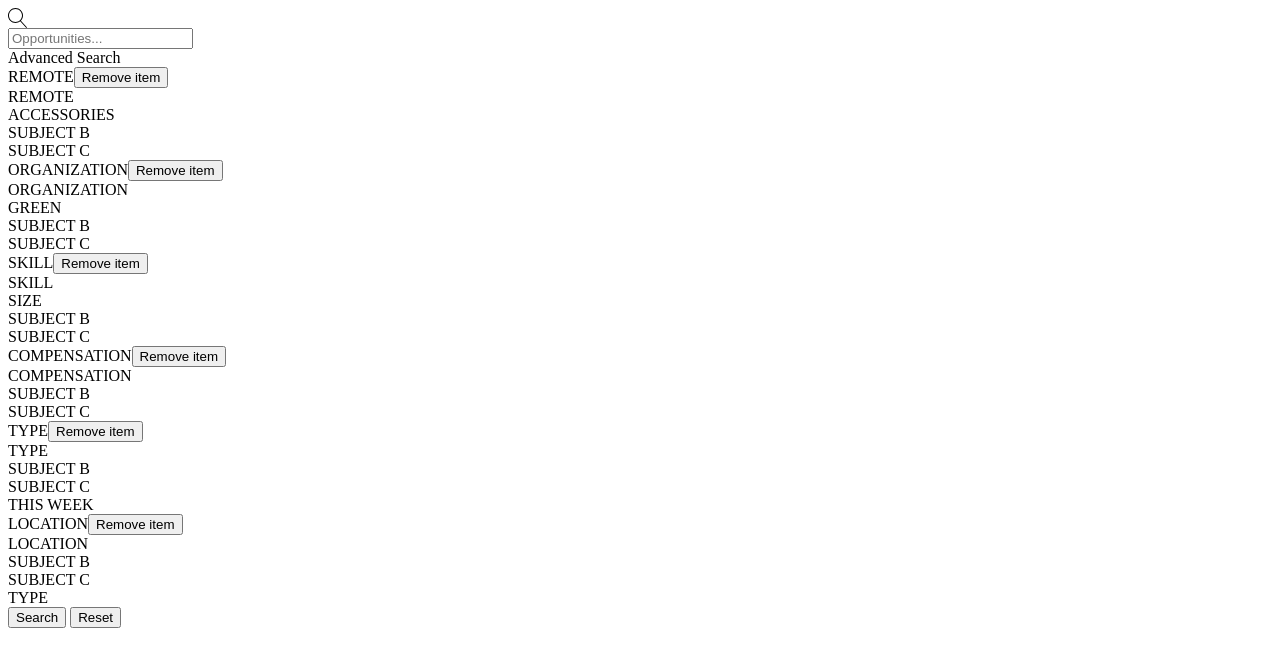
Repository: ttd1711/TORRE
Page: http://localhost/people/searchBar_BK
These files come from the project's save history. The page is drawn as it stood at one moment and after the next save; the edit follows.
The browser window is 1280 px wide. The pictures show the whole page.
The page is this project's Thymeleaf template; nobody is signed in. The template is opened directly, without the code that normally fills it, so the values that code supplies are empty.

Above is the page before, as saved 2021-04-15 10:05:50.

After the next save:
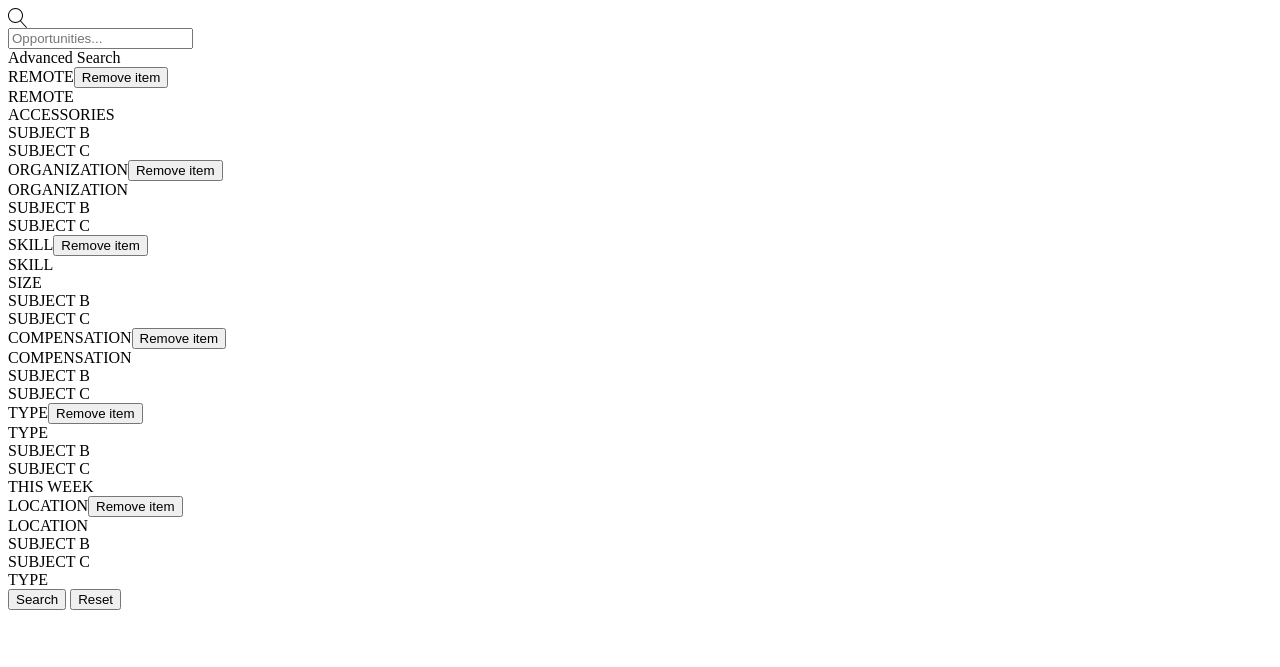
Saved 19 s later.
--- a/torre-frontend/src/main/resources/templates/people/searchBar_BK.html
+++ b/torre-frontend/src/main/resources/templates/people/searchBar_BK.html
@@ -34,7 +34,10 @@
 							<div class="input-select">
 								<select data-trigger="" name="choices-single-defaul">
 									<option placeholder="" value="">ORGANIZATION</option>
-									<option>GREEN</option>
+									<th:block th:each="item : ${opportunityAggregate.aggregators.organization}">
+										<option th:text="${item.value}"></option>
+									</th:block>
+
 									<option>SUBJECT B</option>
 									<option>SUBJECT C</option>
 								</select>
@@ -56,10 +59,6 @@
 							<div class="input-select">
 								<select data-trigger="" name="choices-single-defaul">
 									<option placeholder="" value="">COMPENSATION</option>
-									<th:block th:each="item : ${opportunityAggregate.aggregators.organization}">
-										<option th:text="${item.value}"></option>
-									</th:block>
-
 									<option>SUBJECT B</option>
 									<option>SUBJECT C</option>
 								</select>
